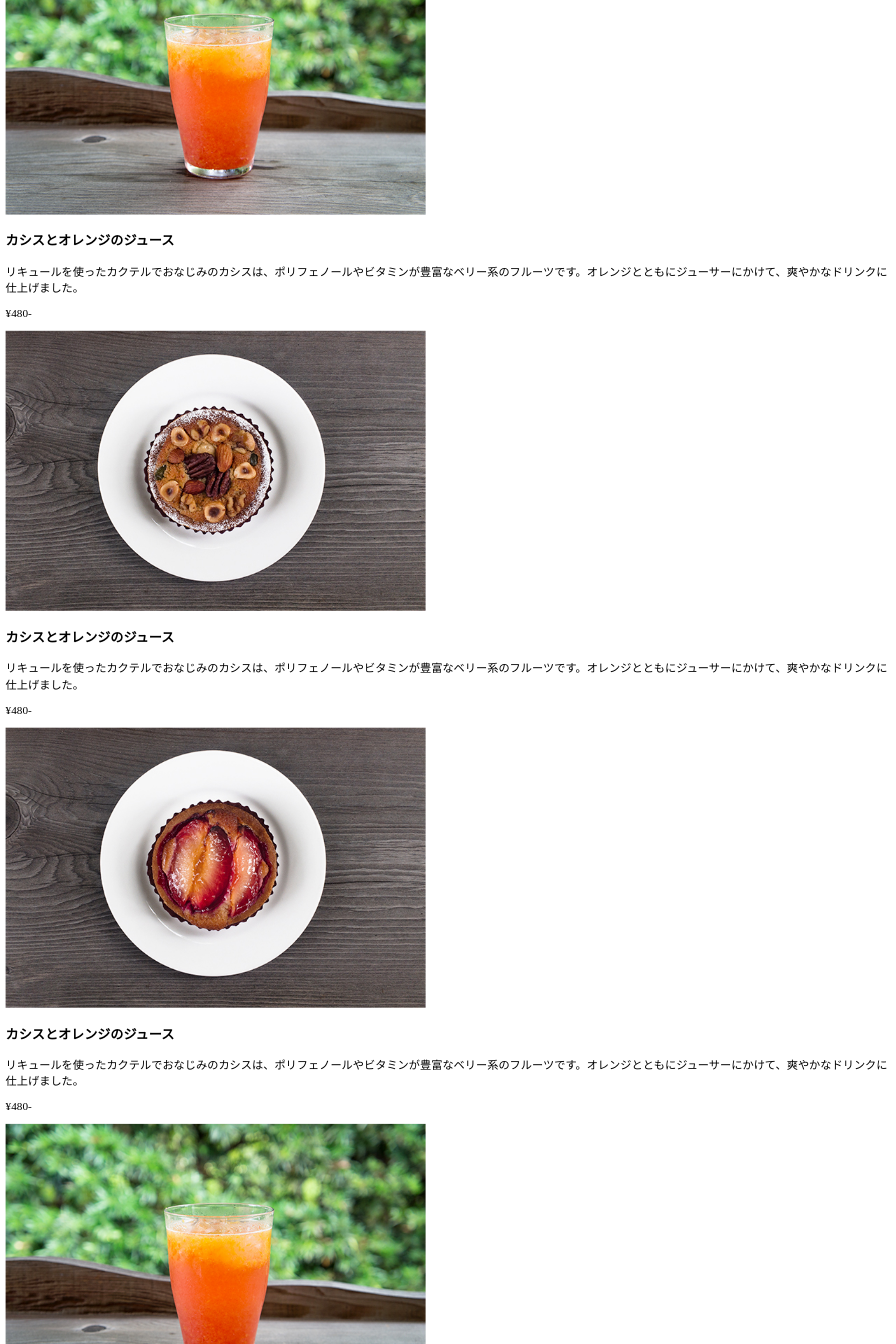
Repository: U-dias/work3
Page: cafe/menu.html
The author's editor kept a record of every edit. The page is drawn from the files as they stood at one moment, then again after the next edit.
The browser window is 1280 px wide. The pictures show the part of the page from y = 381 to 2301 px (the page is 2587 px tall), at 70% of full size.

Above is the page before.

### cafe/menu.html
<!doctype html>
<html>
  <head>
  <meta charset="utf-8">
  <title>メニュー | KUJIRA Cafe</title>
  </head>
  <body>
    <div class="wrapper">
      <!--ヘッダー-->
        <header class="hearder">
          <h1 class="logo"> <a href="index.html"><img src="images/logo.png" alt="KUJIRA Cafe"></a></h1>
          <nav class="nav">
              <ul>
                <li><a href="index.html">ホーム</a></li>
                <li><a href="about.html">店舗案内</a></li>
                <li><a href="access,html">アクセス</a></li>
                <li><a href="menu.html">メニュー</a></li>
                <li><a href="contact.html">お問い合わせ</a></li>

              </ul>
          </nav>
        </header>
        <!--ヘッダーここまで-->
        <!--メイン-->

        <main>
          <h2>メニュー</h2>
          <div class="menu-block">
            <div class="menu-item">
              <div class="menu-photo">
                <img src="images/menu-photo1.jpg" alt="">
              </div>
              <div class="menu-text">
                <h3>カシスとオレンジのジュース</h3>
                <p>リキュールを使ったカクテルでおなじみのカシスは、ポリフェノールやビタミンが豊富なベリー系のフルーツです。オレンジとともにジューサーにかけて、爽やかなドリンクに仕上げました。</p>
                <p>&yen;480-</p>

              </div>
            </div>

            <div class="menu-item">
              <div class="menu-photo">
                <img src="images/menu-photo2.jpg" alt="">
              </div>
              <div class="menu-text">
                <h3>カシスとオレンジのジュース</h3>
                <p>リキュールを使ったカクテルでおなじみのカシスは、ポリフェノールやビタミンが豊富なベリー系のフルーツです。オレンジとともにジューサーにかけて、爽やかなドリンクに仕上げました。</p>
                <p>&yen;480-</p>

              </div>
            </div>

            <div class="menu-item">
              <div class="menu-photo">
                <img src="images/menu-photo3.jpg" alt="">
              </div>
              <div class="menu-text">
                <h3>カシスとオレンジのジュース</h3>
                <p>リキュールを使ったカクテルでおなじみのカシスは、ポリフェノールやビタミンが豊富なベリー系のフルーツです。オレンジとともにジューサーにかけて、爽やかなドリンクに仕上げました。</p>
                <p>&yen;480-</p>

              </div>
            </div>

            <div class="menu-item">
              <div class="menu-photo">
                <img src="images/menu-photo1.jpg" alt="">
              </div>
              <div class="menu-text">
                <h3>カシスとオレンジのジュース</h3>
                <p>リキュールを使ったカクテルでおなじみのカシスは、ポリフェノールやビタミンが豊富なベリー系のフルーツです。オレンジとともにジューサーにかけて、爽やかなドリンクに仕上げました。</p>
                <p>&yen;480-</p>

              </div>
            </div>

          </div>

      </main>
      <!--メインここまで-->
      <!--フッター-->
      <footer class="footer">
        <p>&copy:Copyright KUJIRA Cafe. All rights reserved.</p>
      </footer>
      <!--フッターここまで-->
</div>
  </p>
  </body>
</html>

After the next edit:
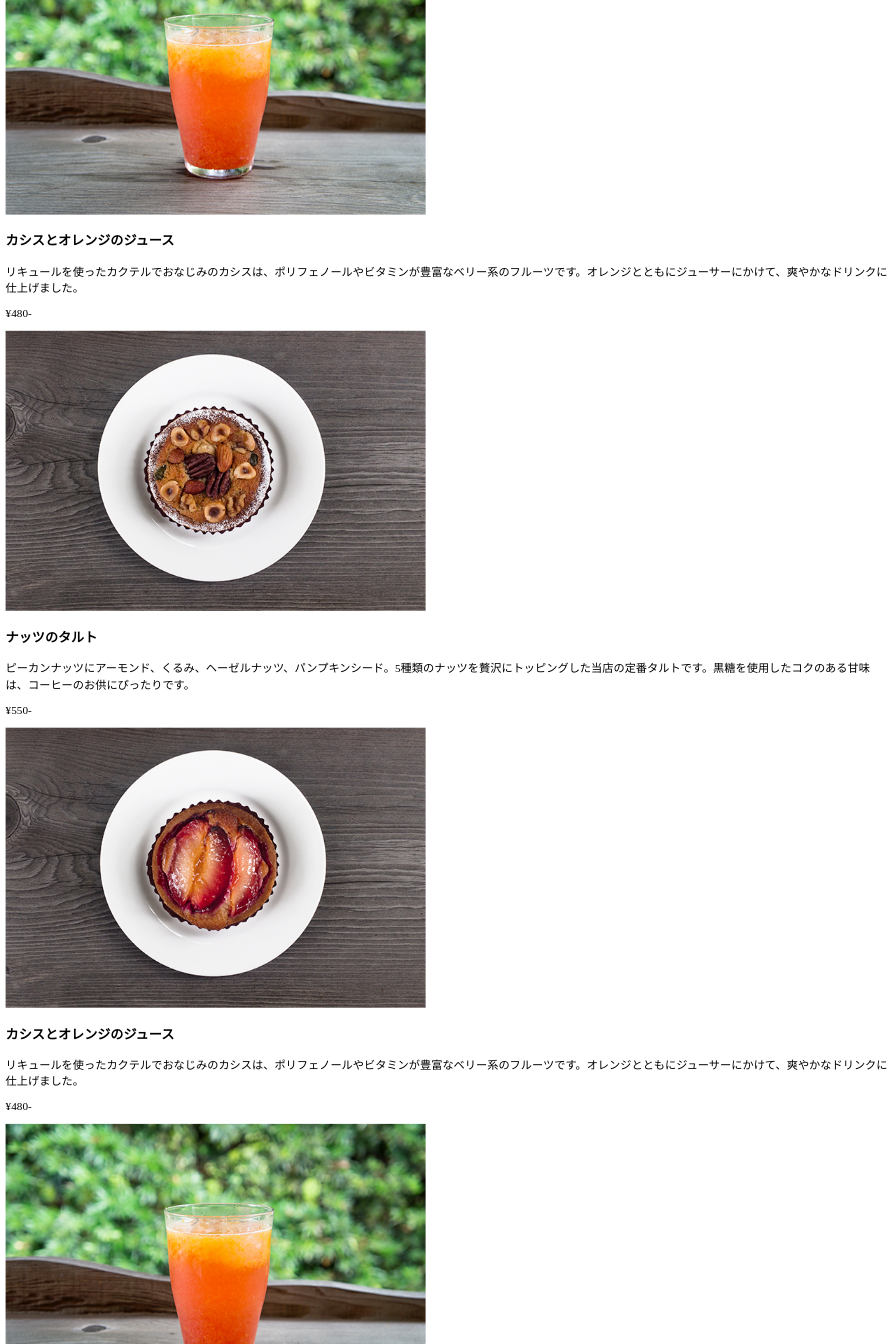
The edit:
--- a/cafe/menu.html
+++ b/cafe/menu.html
@@ -43,9 +43,9 @@
                 <img src="images/menu-photo2.jpg" alt="">
               </div>
               <div class="menu-text">
-                <h3>カシスとオレンジのジュース</h3>
-                <p>リキュールを使ったカクテルでおなじみのカシスは、ポリフェノールやビタミンが豊富なベリー系のフルーツです。オレンジとともにジューサーにかけて、爽やかなドリンクに仕上げました。</p>
-                <p>&yen;480-</p>
+                <h3>ナッツのタルト</h3>
+                <p>ピーカンナッツにアーモンド、くるみ、ヘーゼルナッツ、パンプキンシード。5種類のナッツを贅沢にトッピングした当店の定番タルトです。黒糖を使用したコクのある甘味は、コーヒーのお供にぴったりです。</p>
+                <p>&yen;550-</p>
 
               </div>
             </div>
